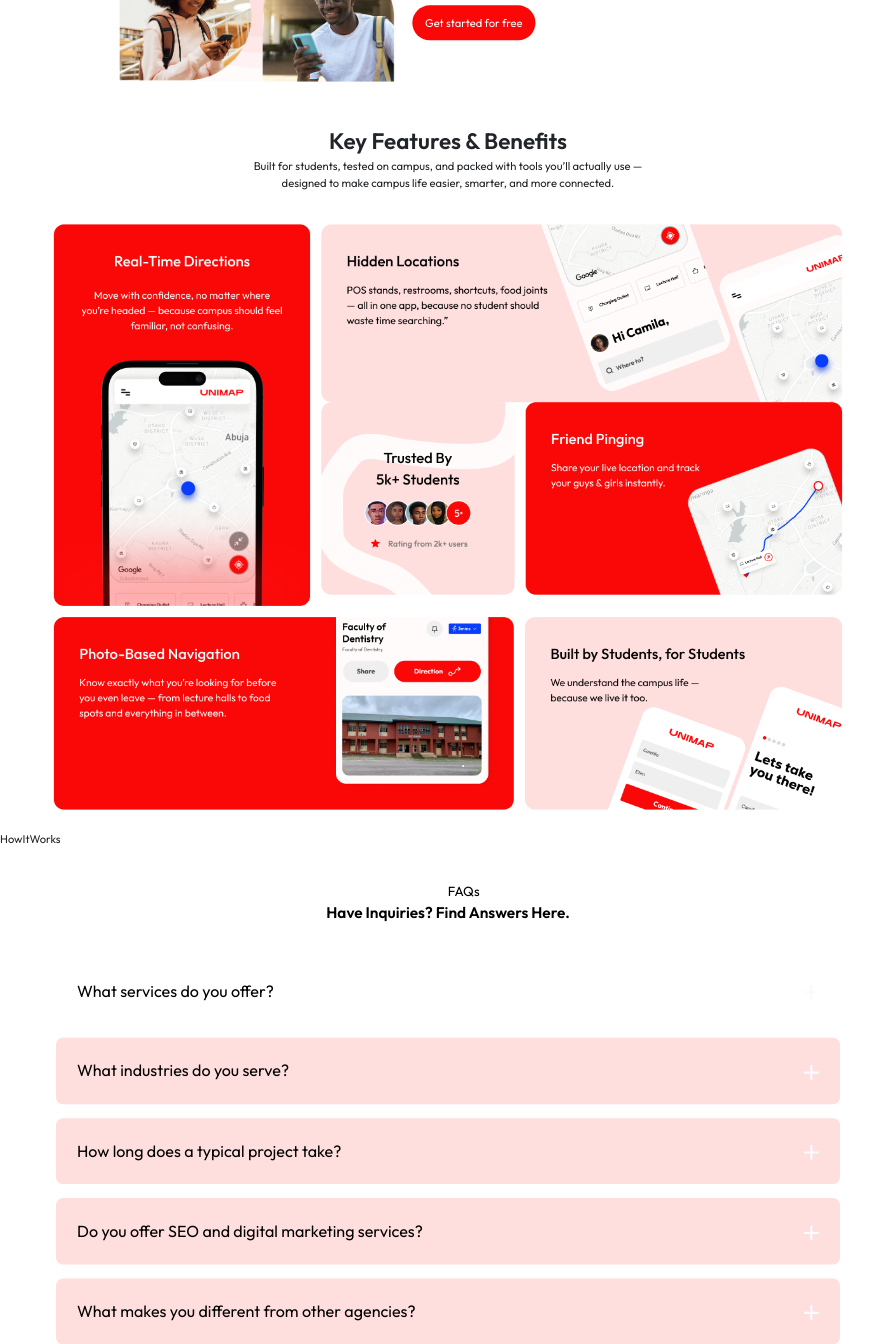
Repository: SahMenz/MUM-website
Page: /
These files come from the project's save history. The page is drawn as it stood at one moment and after the next save; the edit follows.
The browser window is 1280 px wide. The pictures show the part of the page from y = 2692 to 4612 px (the page is 4612 px tall), at 70% of full size.
The project was rebuilt for these pictures with package versions that can differ from the ones it lists, and the page was loaded fresh each time. Also part of the build but not shown: vite.config.js.

Above is the page before, as saved 2025-08-30 02:15:36.

### index.html
<!DOCTYPE html>
<html lang="en">
  <head>
    <meta charset="UTF-8" />
    <link rel="icon" type="image/svg+xml" href="/vite.svg" />
    <link rel="preconnect" href="https://fonts.googleapis.com" />
    <link rel="preconnect" href="https://fonts.gstatic.com" crossorigin />
    <link
      href="https://fonts.googleapis.com/css2?family=Outfit:wght@100..900&display=swap"
      rel="stylesheet"
    />
    <link
      rel="stylesheet"
      href="https://cdn.jsdelivr.net/npm/bootstrap@5.3.5/dist/css/bootstrap.min.css"
      integrity="sha384-SgOJa3DmI69IUzQ2PVdRZhwQ+dy64/BUtbMJw1MZ8t5HZApcHrRKUc4W0kG879m7"
      crossorigin="anonymous"
    />
    <meta name="viewport" content="width=device-width, initial-scale=1.0" />
    <title>MUM</title>
  </head>
  <body>
    <div id="root"></div>
    <script type="module" src="/src/main.jsx"></script>
  </body>
</html>

### src/index.css
*,
*::after,
*::before {
  box-sizing: border-box;
  margin: 0px;
  padding: 0px;
  font-family: "Outfit", sans-serif;
}
button {
  border: none;
}

### src/App.jsx
import { HashRouter, Route, Routes } from "react-router-dom";
import "./App.css";
import ScrollToTop from "./components/scroll/ScrollToTop";
import Home from "./components/home/home";

function App() {
  return (
    <div>
      <HashRouter>
        <ScrollToTop />
        <Routes>
          <Route path="/" element={<Home />} />
        </Routes>
      </HashRouter>
    </div>
  );
}

export default App;

### src/App.css
/* BACKGROUND */
.bg-ff4 {
  background-color: #fff4f4;
}
.bg-ff {
  background-color: #ffffff;
}
.bg-ffb{
  background-color:#FFFBFBCC;
}
.bg-00 {
  background-color: #000000;
}
.bg-fa {
  background-color: #fa0808;
}
.bg-e4 {
  background-color: #e4e4e4;
}
.bg-d3 {
  background-color: #d3d3d3;
}
.bg-ffd {
  background-color: #ffdede;
}
.bg-trans {
  background-color: transparent;
}

/* TEXT COLOR */
.txt-00 {
  color: #000000;
}
.txt-ff {
  color: #ffffff;
}
.txt-f8 {
  color: #f8edd9;
}
.txt-f5 {
  color: #f5ffff;
}
.txt-14 {
  color: #141416;
}
.txt-73 {
  color: #737373;
}

/* FONT WEIGHT */
.fw-100{
  font-weight:100;
}
.fw-200{
  font-weight:200;
}
.fw-300{
  font-weight:300 ;
}
.fw-400{
  font-weight: 400;
}
.fw-500{
  font: weight 500;
}
.fw-600{
  font-weight:600;
}
.fw-700{
  font-weight: 700;
}
.fw-800{
  font-weight: 800;
}
.fw-900{
  font-weight: 900;
}


/* FONT SIZE */
.fs-48 {
  font-size: 26px;
}
.fs-19 {
  font-size: 11px;
}
.fs-13 {
  font-size: 8px;
}
.fs-16 {
  font-size: 9px;
}
.fs-23 {
  font-size: 12px;
}
.fs-25 {
  font-size: 17px;
}
.fs-45 {
  font-size: 22px;
}
.fs-32 {
  font-size: 10px;
}
.fs-11 {
  font-size: 8px;
}
.fs-72 {
  font-size: 26px;
}
.fs-83{
  font-size: 28px;
}
.fs-56{
  font-size: 18px;
}
.fs-63{
  font-size: 22px;
}
@media (min-width: 768px) {
  .fs-48 {
    font-size: 48px;
  }
  .fs-19 {
    font-size: 19px;
  }
  .fs-13 {
    font-size: 13px;
  }
  .fs-16 {
    font-size: 16px;
  }
  .fs-23 {
    font-size: 23px;
  }
  .fs-25 {
    font-size: 25px;
  }
  .fs-43 {
    font-size: 43px;
  }
  .fs-32 {
    font-size: 32px;
  }
  .fs-11 {
    font-size: 11px;
  }
  .fs-72 {
    font-size: 72px;
  }
  .fs-63 {
    font-size: 63px;
  }
  .fs-83{
    font-size: 83px;
  }
  .fs-56{
    font-size: 56px;
  }
}



/* EXTRA */

.alignSelfCenter{
  align-self: center;
}
.alignSelfStart{
  align-self: start;
}
.alignSelfEnd{
  align-self: end;
}
.spacing-50 {
  padding: 30px 77px;
}
@media (max-width: 768px) {
  .spacing-50 {
    padding: 25px 20px;
  }
}

### src/components/scroll/ScrollToTop.jsx
import { useEffect } from "react";
import { useLocation } from "react-router-dom";


export default function ScrollToTop({ evtToChange }){

    const pathname = useLocation().pathname

    useEffect(() => {
        window.scrollTo(0, 0)
    }, [pathname, evtToChange])

    return <div />
}

### src/components/home/home.jsx
import { useRef } from "react";
import About from "../about/about";
import Hero from "../hero/hero";
import Features from "../features/features";
import HowItWorks from "../howItWorks/howItWorks";
import Faqs from "../faqs/faqs";
import Navigation from "../navigation/navigation";

function Home() {
  const refHome = useRef(null);
  const refAbout = useRef(null);
  const refFeatures = useRef(null);
  const refHowItWork = useRef(null);
  const refFaqs = useRef(null);

  const handleHomeClick = () => {
    if (refHome.current) {
      refHome.current.scrollIntoView();
    }
  };
  const handleAboutClick = () => {
    if (refAbout.current) {
      refAbout.current.scrollIntoView();
    }
  };
  const handleFeaturesClick = () => {
    if (refFeatures.current) {
      refFeatures.current.scrollIntoView();
    }
  };
  const handleHowItWorkClick = () => {
    if (refHowItWork.current) {
      refHowItWork.current.scrollIntoView();
    }
  };
  const handleFaqsClick = () => {
    if (refFaqs.current) {
      refFaqs.current.scrollIntoView();
    }
  };

  return (
    <div className="">
      <Navigation
        onHomeClick={handleHomeClick}
        onAboutClick={handleAboutClick}
        onFeaturesClick={handleFeaturesClick}
        onHowItWorkClick={handleHowItWorkClick}
        onFaqsClick={handleFaqsClick}
      />
      <div ref={refHome}>
        <Hero />
      </div>
      <div ref={refAbout}>
        <About />
      </div>
      <div ref={refFeatures}>
        <Features />
      </div>
      <div ref={refHowItWork}>
        <HowItWorks />
      </div>
      <div ref={refFaqs}>
        <Faqs />
      </div>
    </div>
  );
}

export default Home;

### src/components/about/about.jsx
import forFreshers from "../../assets/images/forFreshers.png";
import forReturningStudent from "../../assets/images/forReturningStudent.png";
import forVisitors from "../../assets/images/forVisitors.png";
import yourCampus from "../../assets/images/yourCampus.png";

function About() {
  return (
    <div className="spacing-50 mt-4 d-flex flex-column align-items-center">
      <div className="text-center" style={{ maxWidth: "569px" }}>
        <div className="fs-32 fw-600">We Know the Struggle</div>
        <div className="fs-16 fw-400">
          Not knowing where an office, lecture hall, or restroom is can be
          frustrating — from losing the best seats in class to trekking across
          campus just to find the one restroom you know.
        </div>
      </div>
      <div className="d-flex gap-3 mt-5">
        <div>
          <img src={forFreshers} style={{ width: "100%" }} />
        </div>
        <div className="d-flex gap-3 flex-column">
          <div>
            <img src={forReturningStudent} style={{ width: "100%" }} />
          </div>
          <div>
            <img src={forVisitors} style={{ width: "100%" }} />
          </div>
        </div>
      </div>
      <div className="d-flex justify-content-between col-10 mt-5 align-items-center gap-4">
        <div><img src={yourCampus} style={{width:"100%"}}/></div>
        <div className="text-start" style={{maxWidth:"520px"}}>
          <div className="fs-32 fw-600">
            Your Campus Mapped Like Never Before
          </div>
          <div className="fs-16 fw-400 my-4">
            We built an app that shows every spot on campus — with real photos,
            directions, and even friend tracking. From classes to offices to
            that suya joint your friend mentioned, you’ll get there without the
            guesswork.
          </div>
          <button
            className="d-flex align-items-center fs-16"
            style={{
              backgroundColor: "#FA0808",
              borderRadius: "40px",
              padding: "13px 18px",
              color: "white",
            }}
          >
            <p className="mb-0 fw-500">Get started for free</p>
          </button>
        </div>
      </div>
    </div>
  );
}

export default About;

### src/components/features/features.jsx
import photoBased from "../../assets/images/photoBased.png";
import builtByStudents from "../../assets/images/builtByStudent.png";
import realTimeDirections from "../../assets/images/realTimeDirections.png";
import hiddenLocation from "../../assets/images/hiddenLocation.png";
import trustedBy from "../../assets/images/trustedBy.png";
import friendPinging from "../../assets/images/friendPinging.png";
function Features() {
  return (
    <div className="d-flex flex-column align-items-center justify-content-center spacing-50">
      <div className="text-center" style={{ maxWidth: "567px" }}>
        <div className="fs-32 fw-600">Key Features & Benefits</div>
        <div className="fs-16 fw-400">
          Built for students, tested on campus, and packed with tools you’ll
          actually use — designed to make campus life easier, smarter, and more
          connected.
        </div>
      </div>

      <div className="d-flex gap-3 flex-column mt-5">
        <div className="d-flex gap-3">
          <div><img src={realTimeDirections} style={{ width: "100%" }} /></div>
          <div className="d-flex flex-column">
            <div><img src={hiddenLocation} style={{ width: "100%" }} /></div>
            <div className="d-flex gap-3">
              <div><img src={trustedBy} style={{ width: "100%" }} /></div>
              <div><img src={friendPinging} style={{ width: "100%" }} /></div>
            </div>
          </div>
        </div>
        <div className="d-flex gap-3">
          <div>
            <img src={photoBased} style={{ width: "100%" }} />
          </div>
          <div>
            <img src={builtByStudents} style={{ width: "100%" }} />
          </div>
        </div>
      </div>
    </div>
  );
}

export default Features;

### src/components/howItWorks/howItWorks.jsx
import React from 'react'

function HowItWorks() {
  return (
    <div>HowItWorks</div>
  )
}

export default HowItWorks

### src/components/faqs/faqs.jsx
import { useState } from "react";
import CustomSvg from "../customSvg/CustomSvg";
import "./faq.css";

function Faq() {
  const [open, setOpen] = useState(false);
  const [open1, setOpen1] = useState(false);
  const [open2, setOpen2] = useState(false);
  const [open3, setOpen3] = useState(false);
  const [open4, setOpen4] = useState(false);

  return (
      <div className="mt-5 txt-00">
        <div style={{ maxWidth: "454px", margin: "auto", textAlign: "center" }}>
          <div className="d-flex align-items-center justify-content-center">
            <div
              style={{
                width: "30px",
                height: "2px",
                backgroundColor: "white",
                borderRadius: "3px",
                marginRight: "15px",
              }}
            ></div>
            <div className="fs-19 fw-500">FAQs</div>
          </div>
          <div className="fs-45 fw-600 mb-5">
            Have Inquiries? Find Answers Here.
          </div>
        </div>
        <div>
          <div
            className="collapseMargin "
            onClick={() => setOpen(!open)}
            style={{ cursor: "pointer", padding: "30px", borderRadius: "10px" }}
          >
            <div className="d-flex align-items-center justify-content-between">
              <div className="fs-23 fw-400">What services do you offer?</div>
              {open && (
                <div>
                  <CustomSvg name="minus" />
                </div>
              )}
              {!open && (
                <div>
                  <CustomSvg name="plus" />
                </div>
              )}
            </div>
            {open && (
              <div className="mt-4 fs-19 fw-400 txt-00">
                We specialize in design, development, and strategic solutions to
                help businesses grow and succeed. Our services include web
                development, mobile app development, UX/UI design, business
                consulting, and more. We tailor our offerings to meet the unique
                needs of each client, ensuring impactful, high-quality results.
              </div>
            )}
          </div>

          <div
            className="collapseMargin bg-ffd"
            onClick={() => setOpen1(!open1)}
            style={{ cursor: "pointer", padding: "30px", borderRadius: "10px" }}
          >
            <div className="d-flex align-items-center justify-content-between">
              <div className="fs-23 fw-400">What industries do you serve?</div>
              {open1 && (
                <div>
                  <CustomSvg name="minus" />
                </div>
              )}
              {!open1 && (
                <div>
                  <CustomSvg name="plus" />
                </div>
              )}
            </div>
            {open1 && (
              <div className="mt-4 fs-19 fw-400 txt-00">
                We specialize in design, development, and strategic solutions to
                help businesses grow and succeed. Our services include web
                development, mobile app development, UX/UI design, business
                consulting, and more. We tailor our offerings to meet the unique
                needs of each client, ensuring impactful, high-quality results.
              </div>
            )}
          </div>

          <div
            className="collapseMargin bg-ffd "
            onClick={() => setOpen2(!open2)}
            style={{ cursor: "pointer", padding: "30px", borderRadius: "10px" }}
          >
            <div className="d-flex align-items-center justify-content-between">
              <div className="fs-23 fw-400">
                How long does a typical project take?
              </div>
              {open2 && (
                <div>
                  <CustomSvg name="minus" />
                </div>
              )}
              {!open2 && (
                <div>
                  <CustomSvg name="plus" />
                </div>
              )}
            </div>
            {open2 && (
              <div className="mt-4 fs-19 fw-400 txt-00">
                We specialize in design, development, and strategic solutions to
                help businesses grow and succeed. Our services include web
                development, mobile app development, UX/UI design, business
                consulting, and more. We tailor our offerings to meet the unique
                needs of each client, ensuring impactful, high-quality results.
              </div>
            )}
          </div>

          <div
            className="collapseMargin bg-ffd"
            onClick={() => setOpen3(!open3)}
            style={{ cursor: "pointer", padding: "30px", borderRadius: "10px" }}
          >
            <div className="d-flex align-items-center justify-content-between">
              <div className="fs-23 fw-400">
                Do you offer SEO and digital marketing services?
              </div>
              {open3 && (
                <div>
                  <CustomSvg name="minus" />
                </div>
              )}
              {!open3 && (
                <div>
                  <CustomSvg name="plus" />
                </div>
              )}
            </div>
            {open3 && (
              <div className="mt-4 fs-19 fw-400 txt-00">
                We specialize in design, development, and strategic solutions to
                help businesses grow and succeed. Our services include web
                development, mobile app development, UX/UI design, business
                consulting, and more. We tailor our offerings to meet the unique
                needs of each client, ensuring impactful, high-quality results.
              </div>
            )}
          </div>

          <div
            className="collapseMargin bg-ffd "
            onClick={() => setOpen4(!open4)}
            style={{ cursor: "pointer", padding: "30px", borderRadius: "10px" }}
          >
            <div className="d-flex align-items-center justify-content-between">
              <div className="fs-23 fw-400">
                What makes you different from other agencies?
              </div>
              {open4 && (
                <div>
                  <CustomSvg name="minus" />
                </div>
              )}
              {!open4 && (
                <div>
                  <CustomSvg name="plus" />
                </div>
              )}
            </div>
            {open4 && (
              <div className="mt-4 fs-19 fw-400 txt-00">
                We specialize in design, development, and strategic solutions to
                help businesses grow and succeed. Our services include web
                development, mobile app development, UX/UI design, business
                consulting, and more. We tailor our offerings to meet the unique
                needs of each client, ensuring impactful, high-quality results.
              </div>
            )}
          </div>
        </div>
      </div>
  );
}

export default Faq;

### src/components/hero/hero.css
.spacing-50-adjusted{
    padding: 20px 77px;
}
.wavyBackground{
    background-image: url(../../assets/images/wavyLine.png);
    background-repeat: no-repeat;
    background-size: contain;
    background-position: center;
    width: 100%;
}
@media (max-width: 768px) {
  .spacing-50-adjusted {
    padding: 10px 20px;
  }
}

### src/components/customSvg/CustomSvg.jsx
export default function CustomSvg({ name, color, width, height }) {
  return  name === "expandArrow" ? (
    <svg
      width={width}
      height={height}
      viewBox="0 0 68 68"
      fill="none"
      xmlns="http://www.w3.org/2000/svg"
    >
      <g id="Group 137">
        <circle
          id="Ellipse 21"
          cx="33.6819"
          cy="34.1329"
          r="33.6447"
          fill="#FFD800"
        />
        <g id="Vector">
          <path
            d="M42.5013 24.4467L28.2271 24.4467L42.5013 24.4467ZM42.5013 24.4467L42.5013 38.7209L42.5013 24.4467ZM42.5013 24.4467L30.0113 36.9366L42.5013 24.4467ZM23.469 43.479L26.4428 40.5052L23.469 43.479Z"
            fill="#FFD800"
          />
          <path
            d="M42.5013 24.4467L28.2271 24.4467M42.5013 24.4467L42.5013 38.7209M42.5013 24.4467L30.0113 36.9366M23.469 43.479L26.4428 40.5052"
            stroke="#222222"
            strokeWidth="1.68223"
            strokeLinecap="round"
            strokeLinejoin="round"
          />
        </g>
      </g>
    </svg>
  ) : name === "plus" ? (
    <svg
      width="22"
      height="23"
      viewBox="0 0 22 23"
      fill="none"
      xmlns="http://www.w3.org/2000/svg"
    >
      <path
        d="M20.4286 13.4381H12.5714V21.2953C12.5714 22.1596 11.8643 22.8667 11 22.8667C10.1357 22.8667 9.42857 22.1596 9.42857 21.2953V13.4381H1.57143C0.707143 13.4381 0 12.731 0 11.8667C0 11.0024 0.707143 10.2953 1.57143 10.2953H9.42857V2.43813C9.42857 1.57384 10.1357 0.866699 11 0.866699C11.8643 0.866699 12.5714 1.57384 12.5714 2.43813V10.2953H20.4286C21.2929 10.2953 22 11.0024 22 11.8667C22 12.731 21.2929 13.4381 20.4286 13.4381Z"
        fill="#FAFAFF"
      />
    </svg>
  ) : name === "minus" ? (
    <svg
      width="26"
      height="5"
      viewBox="0 0 26 5"
      fill="none"
      xmlns="http://www.w3.org/2000/svg"
    >
      <path
        id="Vector"
        d="M2 2.3667H24"
        stroke="white"
        strokeWidth="4"
        strokeLinecap="round"
        strokeLinejoin="round"
      />
    </svg>
  ) : (
    <></>
  );
}

### src/components/faqs/faq.css
.collapseMargin {
  margin: 20px 80px 0px 80px;
}
@media (max-width: 768px) {
  .collapseMargin {
    margin: 25px 20px;
  }
}

Loaded but not shown: src/main.jsx (common file); src/components/navigation/navigation.jsx (214 lines, source omitted); src/components/hero/hero.jsx (102 lines, source omitted)

After the next save:
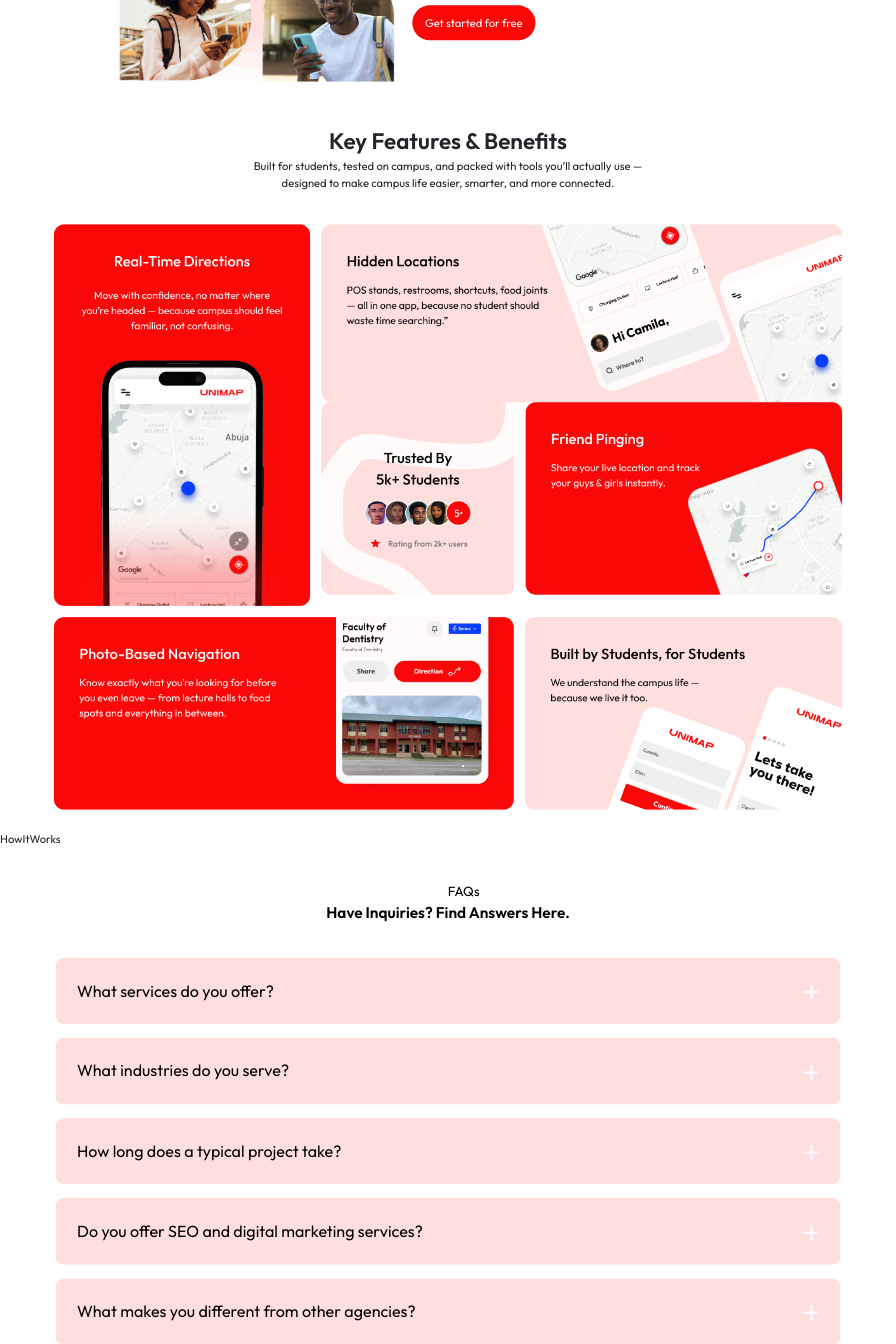
Saved 25 s later.
--- a/src/components/faqs/faqs.jsx
+++ b/src/components/faqs/faqs.jsx
@@ -30,7 +30,7 @@
         </div>
         <div>
           <div
-            className="collapseMargin "
+            className="collapseMargin bg-ffd"
             onClick={() => setOpen(!open)}
             style={{ cursor: "pointer", padding: "30px", borderRadius: "10px" }}
           >
